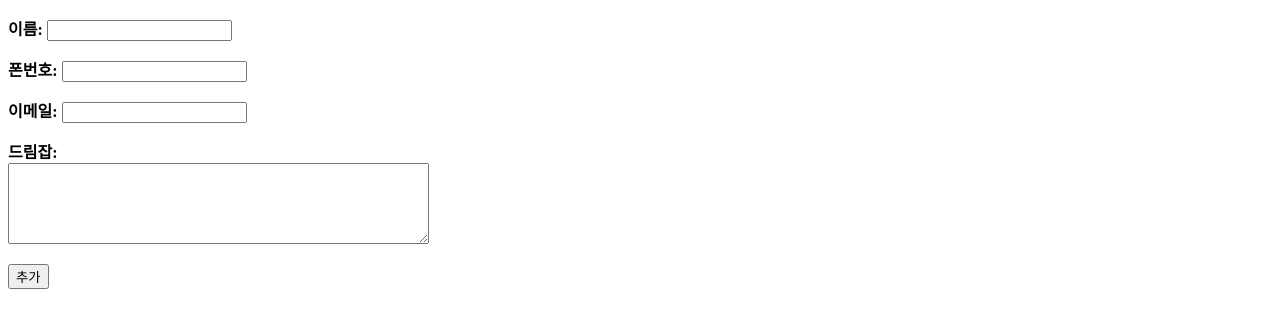
Repository: Visionary1/fullstack-dev-study
Page: http://localhost/Test/lesson04/ex02.jsp
The author's editor kept a copy of each file at every save. The page is drawn from the files as they stood at one save, then again after the next save.
The browser window is 1280 px wide. The pictures show the whole page.
The page is served by Tomcat 9.

Above is the page before, as saved 2022-02-11 12:46:18.

### 4_servlet/workspace/Test/src/main/webapp/lesson04/ex02.jsp
<%@ page language="java" contentType="text/html; charset=UTF-8"
    pageEncoding="UTF-8"%>
<!DOCTYPE html>
<html>
<head>
<meta charset="UTF-8">
<title>사용자 추가</title>
</head>
<body>

<!--
	flow

	1) 유저 추가 : 인풋 폼 - ex02.jsp -> 서블릿(insert 쿼리) -> 유저 목록 (select 쿼리) ex02_1.jsp
	2) 유저 삭제 : 유저 목록 ex02_1.jsp 삭제 클릭 -> 서블릿 (delete 쿼리) -> 유저 목록 ex02_1.jsp
 -->

 	<form method="post" action="/lesson04/user_insert">
 		<p>
 			<b>이름:</b>
 			<input type="text" name="name">
 		</p>

 		<p>
 			<b>폰번호:</b>
 			<input type="text" name="phoneNumber">
 		</p>

 		<p>
 			<b>이메일:</b>
 			<input type="text" name="email">
 		</p>

 		<p>
 			<b>드림잡:</b><br>
 			<textarea rows="5" cols="50" name="dreamJob"></textarea>
 		</p>

 		<p>
 			<input type="submit" value="추가">
 		</p>


 	</form>

</body>
</html>

After the next save:
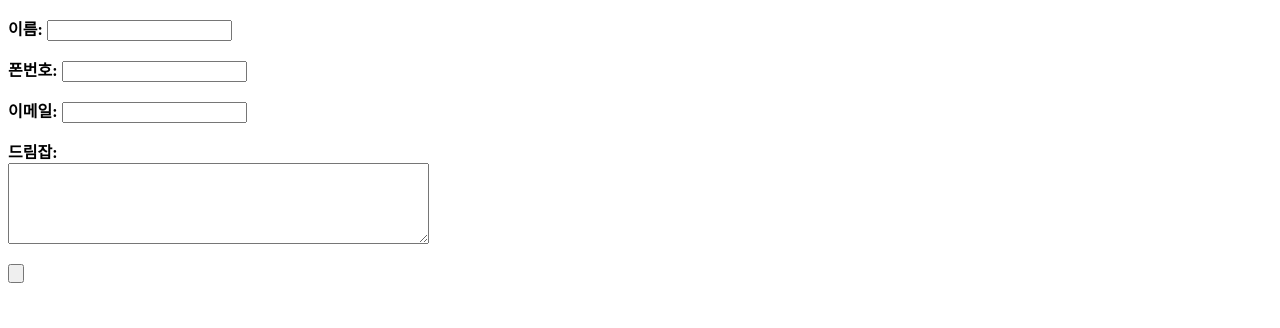
Saved 12 min 15 s later.
--- a/4_servlet/workspace/Test/src/main/webapp/lesson04/ex02.jsp
+++ b/4_servlet/workspace/Test/src/main/webapp/lesson04/ex02.jsp
@@ -37,7 +37,7 @@
  		</p>
 
  		<p>
- 			<input type="submit" value="추가">
+ 			<button type="submit" value="추가">
  		</p>
 
 
